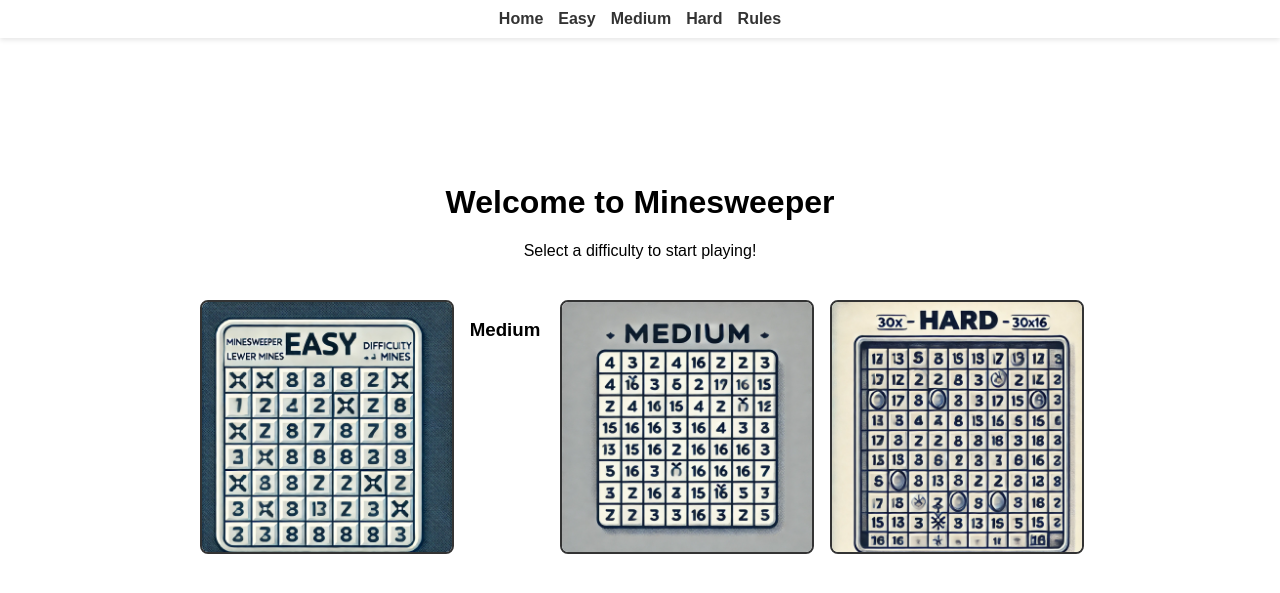
Repository: liwingy/-WingYee-_-Li-project2
Page: /
An editor plug-in stored every save of this project. The page is shown before and after the next save, followed by the edit.
The browser window is 1280 px wide. The pictures show the whole page.
The project was rebuilt for these pictures with package versions that can differ from the ones it lists, and the page was loaded fresh each time. Also part of the build but not shown: src/components/Cell.js, src/views/Game.js, src/views/Rules.js.

Above is the page before, as saved 2024-11-11 20:35:35.

### src/App.js
import './styles.css';
import { BrowserRouter as Router, Routes, Route, Link } from 'react-router-dom';
import Homepage from './views/Homepage';
import Game from './views/Game';
import Rules from './views/Rules';

function App() {
  return (
    <Router>
      <nav>
        <Link to="/">Home</Link>
        <Link to="/game/easy">Easy</Link>
        <Link to="/game/medium">Medium</Link>
        <Link to="/game/hard">Hard</Link>
        <Link to="/rules">Rules</Link>
      </nav>
      <Routes>
        <Route path="/" element={<Homepage />} />
        <Route path="/game/:difficulty" element={<Game />} />
        <Route path="/rules" element={<Rules />} />
      </Routes>
    </Router>
  );
}

export default App;

### src/styles.css
/* General Styles */
body, html {
  display: flex;
  justify-content: center;
  align-items: center;
  height: 100vh;
  margin: 0;
  font-family: Arial, sans-serif;
  text-align: center;
}

/* Main Container */
.main-container {
  display: flex;
  flex-direction: column;
  align-items: center;
  width: 100%;
  max-width: 1000px; /* Increased max-width for larger board support */
  margin-top: 60px;
}

/* Navbar Styling */
nav {
  position: fixed;
  top: 0;
  left: 0;
  right: 0;
  display: flex;
  gap: 15px;
  justify-content: center;
  background-color: white;
  padding: 10px;
  box-shadow: 0 2px 5px rgba(0, 0, 0, 0.1);
  z-index: 1000;
}

nav a {
  text-decoration: none;
  color: #333;
  font-weight: bold;
}

nav a:hover {
  color: #555;
}

/* Board Container */
.board-container {
  width: 100%;
  max-width: 90vw;
  max-height: 80vh;
  overflow: auto; /* Allows scrolling if needed */
  margin-top: 20px;
  padding: 5px;
  border: 1px solid #ddd;
  display: flex;
  justify-content: center;
  align-items: center;
}

/* Board Styling */
.board {
  display: grid;
  gap: 2px;
  justify-content: center;
  margin-top: 20px;
}

/* Dynamic Columns for Hard Mode */
.board.hard {
  grid-template-columns: repeat(30, 20px);
  transform: scale(0.75); /* Scales down to 75% */
  transform-origin: top center; /* Keeps it centered */
}

/* Cell Styling */
.cell {
  width: 20px;
  height: 20px;
  border: 1px solid #333;
  display: flex;
  align-items: center;
  justify-content: center;
  font-size: 12px; /* Smaller font to fit smaller cells */
  cursor: pointer;
}

/* Revealed Cell Styling */
.cell.revealed {
  background-color: #d0d0d0;
}

/* Hover Effect for Cell */
.cell:hover {
  background-color: #e0e0e0;
}

.cell.flagged {
  color: red;
}

/* Button Styling */
button {
  margin-top: 20px;
  padding: 10px 20px;
  font-size: 16px;
  cursor: pointer;
  background-color: #333;
  color: #fff;
  border: none;
  border-radius: 5px;
}

button:hover {
  background-color: #555;
}

### src/views/Homepage.js
import React from 'react';
import { Link } from 'react-router-dom';
import easyImage from '../pics/easy.jpg';
import mediumImage from '../pics/med.jpg';
import hardImage from '../pics/hard.jpg';
import './Homepage.css';

function Homepage() {
  return (
    <div className="homepage">
      <h1>Welcome to Minesweeper</h1>
      <p>Select a difficulty to start playing!</p>

      <div className="difficulty-section">
        <Link to="/game/easy" className="difficulty-card">
          <img src={easyImage} alt="Easy Minesweeper Board" />
        </Link>

        <h3>Medium</h3>
        <Link to="/game/medium" className="difficulty-card">
          <img src={mediumImage} alt="Medium Minesweeper Board" />
        </Link>

        <Link to="/game/hard" className="difficulty-card">
          <img src={hardImage} alt="Hard Minesweeper Board" />
        </Link>
      </div>
    </div>
  );
}

export default Homepage;

### src/views/Homepage.css
.homepage {
    text-align: center;
  }

  .difficulty-section {
    display: flex;
    justify-content: center;
    gap: 20px;
    margin-top: 40px;
    flex-wrap: wrap;
  }

  .difficulty-card {
    text-align: center;
    width: 250px;
    text-decoration: none;
    color: inherit;
  }

  .difficulty-card img {
    width: 100%;
    height: auto;
    border: 2px solid #333;
    border-radius: 8px;
    transition: transform 0.2s ease;
  }

  .difficulty-card h3 {
    margin-top: 10px;
    font-size: 1.2em;
    color: #333;
  }

  .difficulty-card img:hover {
    transform: scale(1.05);
  }

Loaded but not shown: public/index.html (common file); src/index.js (common file)

After the next save:
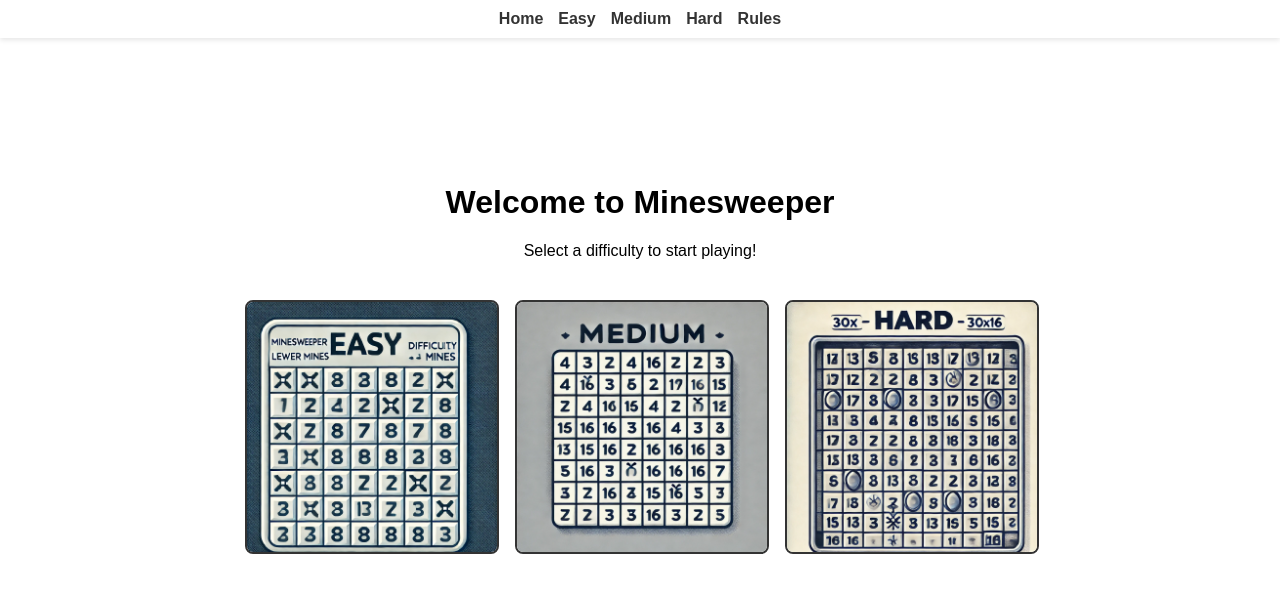
Saved 5 s later.
--- a/src/views/Homepage.js
+++ b/src/views/Homepage.js
@@ -16,7 +16,6 @@
           <img src={easyImage} alt="Easy Minesweeper Board" />
         </Link>
 
-        <h3>Medium</h3>
         <Link to="/game/medium" className="difficulty-card">
           <img src={mediumImage} alt="Medium Minesweeper Board" />
         </Link>
